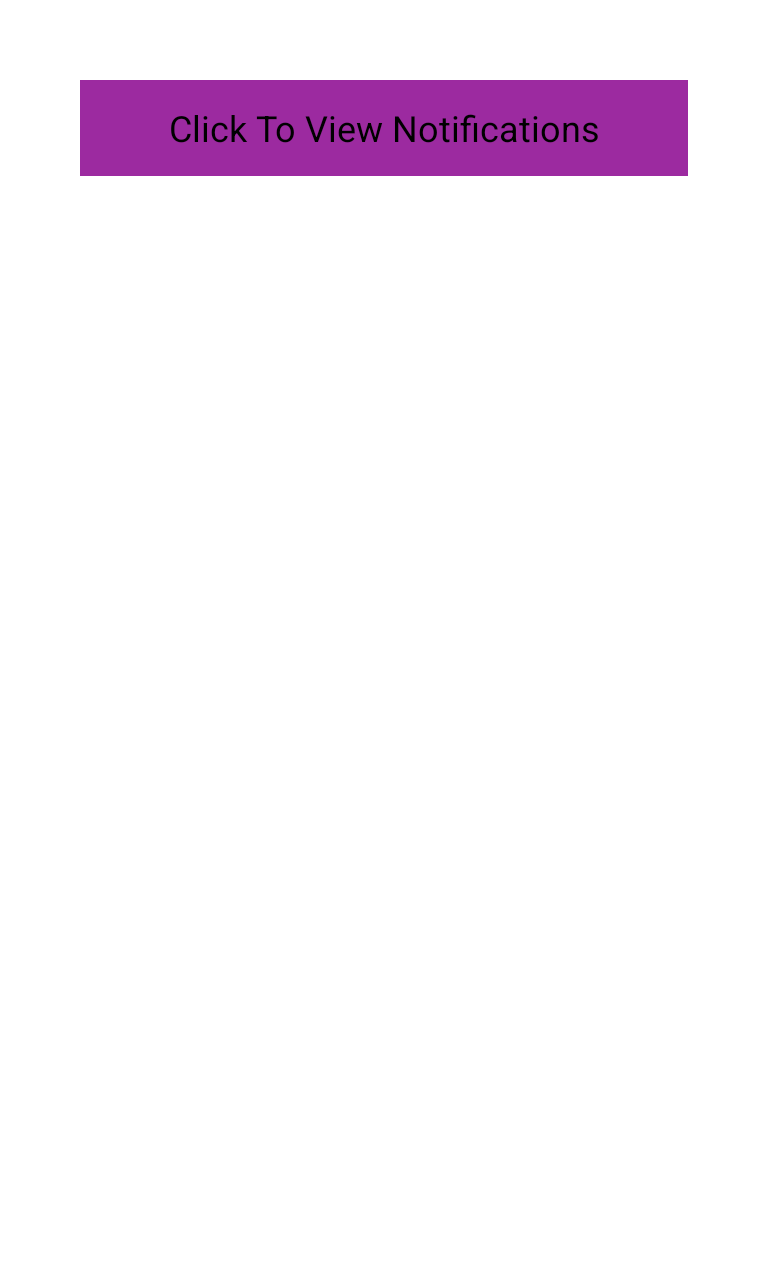
Repository: harishkumar93/harish_AndroidTraining2014
Layout: Exam/BroadCastActivity/res/layout/main.xml
The author's editor kept a copy of each file at every save. The layout is drawn from the files as they stood at one save, then again after the next save.
It is drawn on a 768 x 1280 px phone screen (xhdpi) without system bars, with theme AppTheme; the app's code is not run.

Above is the layout before, as saved 2014-10-06 11:48:03.

After the next save:
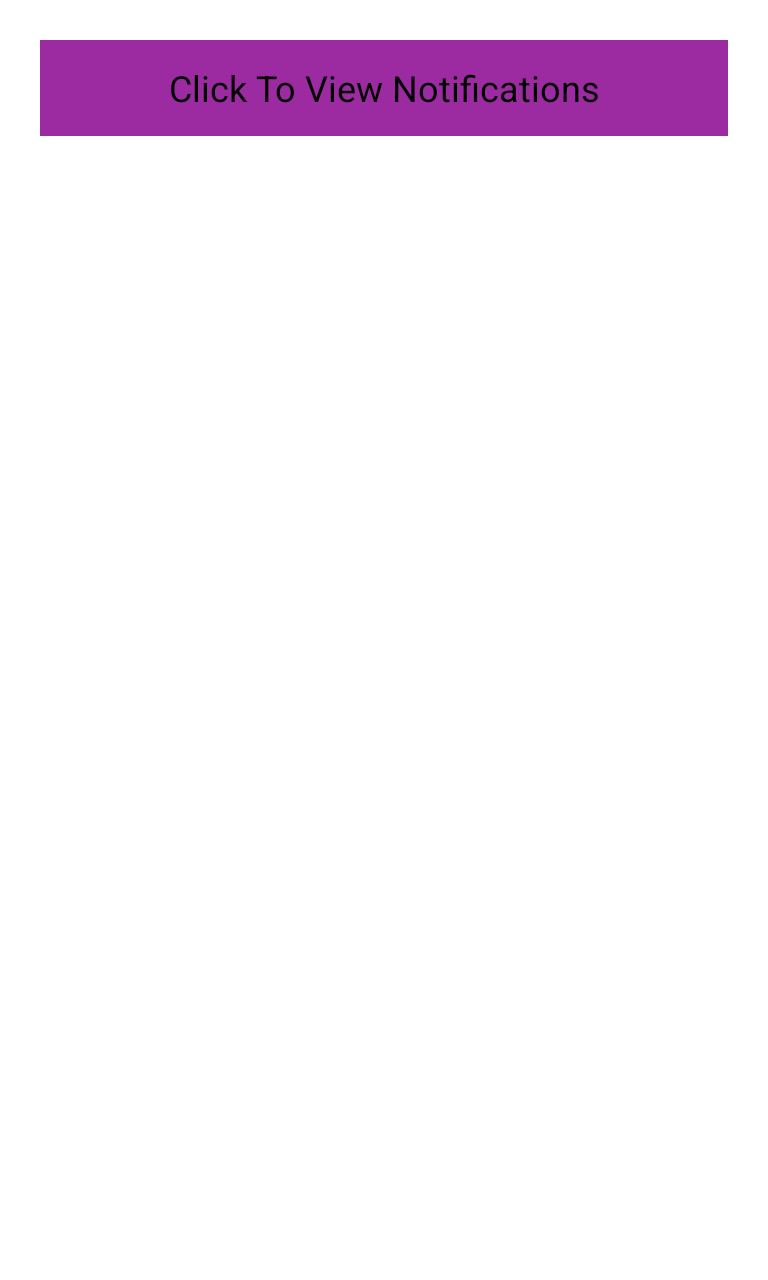
Saved 21 s later.
--- a/Exam/BroadCastActivity/res/layout/main.xml
+++ b/Exam/BroadCastActivity/res/layout/main.xml
@@ -10,10 +10,10 @@
         android:id="@+id/notification_btn"
         android:text="@string/notification_txt"
         android:background="#9C2AA0"
-        android:layout_marginLeft="40dp"
-        android:layout_marginRight="40dp"
-        android:layout_marginTop="40dp"
-        android:layout_gravity="center_vertical"
+        android:layout_marginLeft="20dp"
+        android:layout_marginRight="20dp"
+        android:layout_marginTop="20dp"
+
         />
 
 
